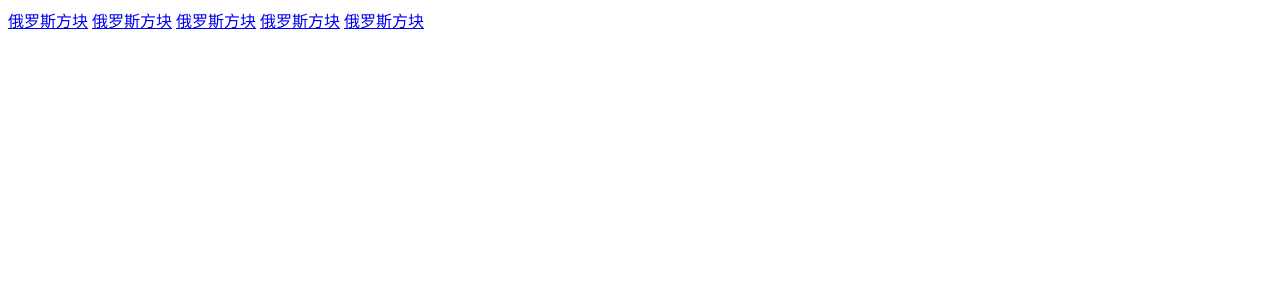
Repository: yangtengxiang/get_test
Page: game/H5/index.html
An editor plug-in stored every save of this project. The page is shown before and after the next save, followed by the edit.
The browser window is 1280 px wide. The pictures show the whole page.

Above is the page before, as saved 2020-04-29 17:08:48.

After the next save:
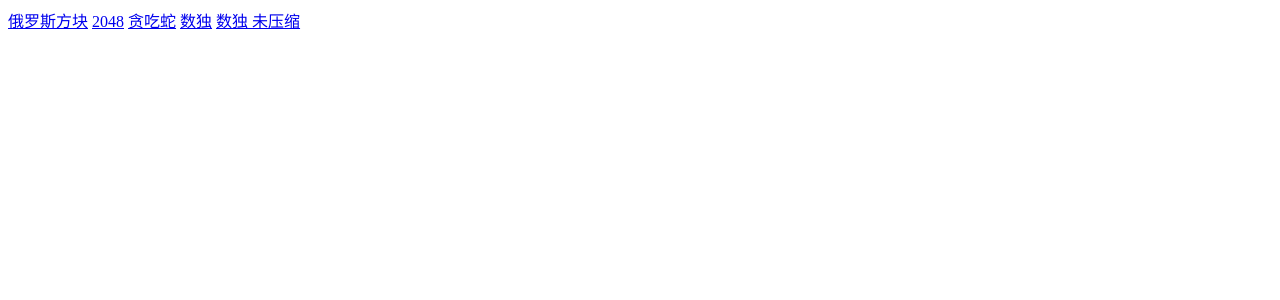
Saved 7 min 16 s later.
--- a/game/H5/index.html
+++ b/game/H5/index.html
@@ -14,11 +14,11 @@
 <body>
 	 <div class="link-box">
 		 <a href="elsfk.html">俄罗斯方块</a>
-		 <a href="2048.html">俄罗斯方块</a>
-		 <a href="elsfk.html">俄罗斯方块</a>
+		 <a href="2048.html">2048</a>
+		 <a href="tanchishe.html">贪吃蛇</a>
 
-		 <a href="elsfk.html">俄罗斯方块</a>
-		 <a href="elsfk.html">俄罗斯方块</a>
+		 <a href="Sudoku_1.1.min.html">数独</a>
+		 <a href="Sudoku_1.1.html">数独 未压缩</a>
 	 </div>
 </body>
 </html>
